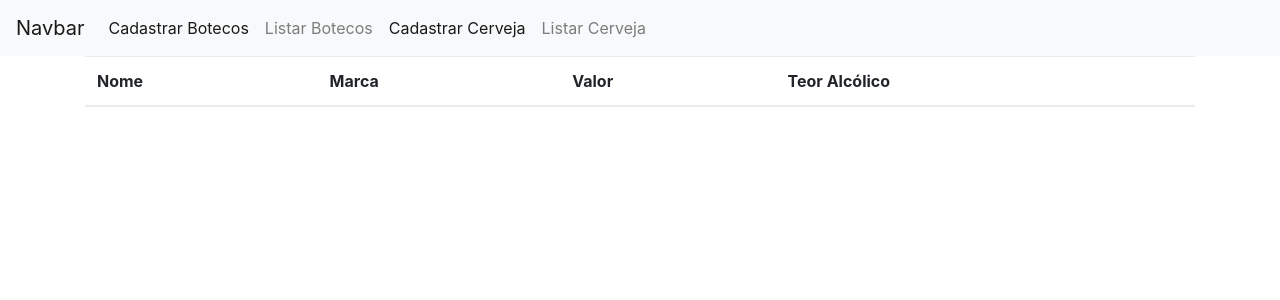
Repository: ViniciusSevero/FIAP-2TDSF-DBE-2sem
Page: http://localhost/04-SpringBoteco/WEB-INF/jsp/cerveja/lista.jsp
The author's editor kept a copy of each file at every save. The page is drawn from the files as they stood at one save, then again after a run of saves.
The browser window is 1280 px wide. The pictures show the whole page.
The page is served by Tomcat 9. Nobody is signed in. The template is opened directly, without the code that normally fills it, so the values that code supplies are empty.

Above is the page before, as saved 2017-08-29 14:40:27.
Console error (its wording comes from the project's code and is left out).

After the next 2 saves:
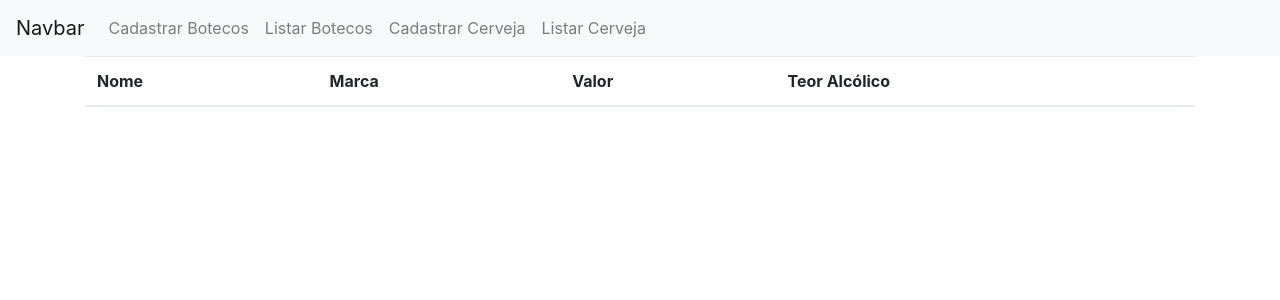
The 2 saves are shown as one change because they came seconds apart.
The last was saved 8 s later.
--- a/04-SpringBoteco/WebContent/WEB-INF/tags/template.tag
+++ b/04-SpringBoteco/WebContent/WEB-INF/tags/template.tag
@@ -15,13 +15,13 @@
 	  </button>
 	  <div class="collapse navbar-collapse" id="navbarSupportedContent">
 	    <ul class="navbar-nav mr-auto">
-	      <li class="nav-item active">
+	      <li class="nav-item">
 	        <a class="nav-link" href="<c:url value="/boteco/cadastrar" />">Cadastrar Botecos<span class="sr-only">(current)</span></a>
 	      </li>
 	      <li class="nav-item">
 	        <a class="nav-link" href="<c:url value="/boteco/listar" />">Listar Botecos</a>
 	      </li>
-	      <li class="nav-item active">
+	      <li class="nav-item">
 	        <a class="nav-link" href="<c:url value="/cerveja/cadastrar" />">Cadastrar Cerveja</a>
 	      </li>
 	      <li class="nav-item">
